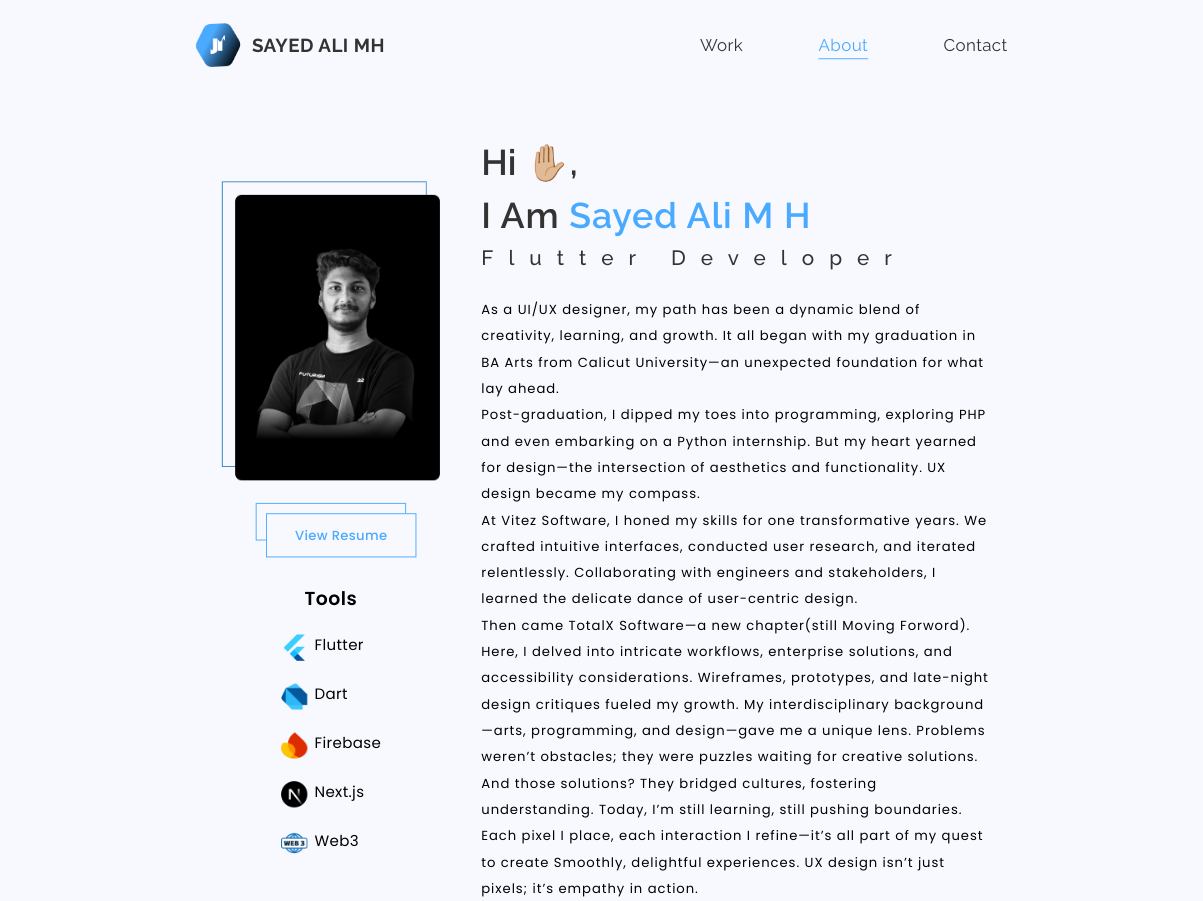
Repository: sayedali-2129/sayedali-portfolio
Page: /about
The author's editor kept a copy of each file at every save. The page is drawn from the files as they stood at one save, then again after the next save.
The browser window is 1280 px wide. The pictures show the whole page, at 94% of full size.
The project was rebuilt for these pictures with package versions that can differ from the ones it lists, and the page was loaded fresh each time. The framework's server and built-in components were replaced by stand-ins that run in the browser. Also part of the build but not shown: next.config.ts.

Above is the page before, as saved 2025-05-25 17:09:05.

### src/app/about/page.tsx
import About from "@/features/about/presentation/About";

function AboutPage() {
  return <About />;
}
export default AboutPage;

### src/features/about/presentation/About.tsx
import NavBar from "@/features/home/components/NavBar";
import AboutBody from "../components/AboutBody";

function About() {
  return (
    <div>
      <NavBar />
      <AboutBody />
    </div>
  );
}

export default About;

### src/features/home/components/NavBar.tsx
"use client";

import CloseIcon from "@/assets/icons/close-icon.png";
import Logo from "@/assets/icons/logo.png";
import MenuIcon from "@/assets/icons/menu.png";
import Image from "next/image";
import Link from "next/link";
import { usePathname } from "next/navigation";
import { useEffect, useState } from "react";

export default function NavBar() {
  const [showMenu, setShowMenu] = useState(false);
  const [mounted, setMounted] = useState(false);
  const pathname = usePathname();

  useEffect(() => {
    setMounted(true);
  }, []);

  const openMenu = () => {
    setShowMenu(!showMenu);
  };

  const navBarItemClass =
    "text-TextColor sm:font-RalewayRegular sm:text-lg text-[16px] font-RalewaySemiBold tracking-wide hover:cursor-pointer hover:text-TextBlue";

  return (
    <div className="z-50 md:h-24 h-20 w-full bg-BackGroundColor fixed xl:px-52 md:px-32 sm:px-16 px-4 flex flex-row items-center justify-between">
      <ul className="flex gap-2 items-center">
        <li>
          <Link href="/">
            <Image
              src={Logo}
              alt="SAYED ALI MH LOGO"
              className="md:h-12 md:w-12 h-10 w-10"
            />
          </Link>
        </li>
        <li>
          <Link
            href="/"
            className="ml-1 text-TextColor md:text-xl text-[16px] font-RalewayBold tracking-wide"
          >
            SAYED ALI MH
          </Link>
        </li>
      </ul>

      <ul className="hidden sm:flex flex-row xl:gap-20 md:gap-14 sm:gap-9">
        <li>
          <Link
            href="/"
            className={`${
              pathname === "/"
                ? "text-TextBlue underline underline-offset-8"
                : "text-TextColor"
            } sm:font-RalewayRegular sm:text-lg text-[16px] font-RalewaySemiBold tracking-wide hover:cursor-pointer hover:text-TextBlue`}
          >
            Work
          </Link>
        </li>

        <li>
          <Link
            href="/about"
            className={`${
              pathname === "/about"
                ? "text-TextBlue underline underline-offset-8"
                : "text-TextColor"
            } sm:font-RalewayRegular sm:text-lg text-[16px] font-RalewaySemiBold tracking-wide hover:cursor-pointer hover:text-TextBlue`}
          >
            About
          </Link>
        </li>

        <li>
          <a
            href="mailto:sayedalimh@gmail.com"
            target="_blank"
            rel="noopener noreferrer"
            className={navBarItemClass}
          >
            Contact
          </a>
        </li>
      </ul>
      <Image
        src={MenuIcon}
        alt="Menu Icon"
        onClick={openMenu}
        className="flex sm:hidden h-8 w-8 hover:cursor-pointer"
      />
      {mounted && (
        <>
          <div
            className={`fixed inset-0 bg-black/50 transition-opacity duration-300 sm:hidden ${
              showMenu ? "opacity-100" : "opacity-0 pointer-events-none"
            }`}
            onClick={openMenu}
          />
          <div
            className={`z-50 flex sm:hidden flex-col gap-2 rounded-xl absolute top-24 left-1/2 transform -translate-x-1/2 bg-BackGroundColor p-3 w-60 items-center transition-all duration-300 ${
              showMenu
                ? "opacity-100 translate-y-0"
                : "opacity-0 -translate-y-4 pointer-events-none"
            }`}
          >
            <div className="flex flex-row justify-end w-full">
              <Image
                src={CloseIcon}
                alt="Menu Close Icon"
                onClick={openMenu}
                className="h-6 w-6 hover:cursor-pointer"
              />
            </div>
            <Link href="/" className={navBarItemClass}>
              Work
            </Link>
            <Link href="/about" className={navBarItemClass}>
              About
            </Link>
            <a
              href="mailto:sayedalimh@gmail.com"
              target="_blank"
              rel="noopener noreferrer"
              className={navBarItemClass}
            >
              Contact
            </a>
          </div>
        </>
      )}
    </div>
  );
}

### src/features/about/components/AboutBody.tsx
import DartIcon from "@/assets/icons/dart-icon.png";
import FirebaseIcon from "@/assets/icons/firebase-icon.png";
import FlutterIcon from "@/assets/icons/flutter-icon.png";
import NextIcon from "@/assets/icons/nextjs-icon.png";
import Web3Icon from "@/assets/icons/web-3-icon.png";
import SayedAli from "@/assets/images/sayed ali.png";
import Image from "next/image";

export default function AboutBody() {
  return (
    <div className="pt-36 xl:px-52 md:px-20 sm:px-12 px-2 flex flex-wrap items-center justify-center md:gap-0 gap-12">
      <div className="md:w-1/3  flex flex-col items-center">
        <Image
          src={SayedAli}
          className="md:w-[232px] w-[200px] md:h-[318px] h-[270px] "
          alt="Sayed Ali Flutter Developer image"
        />
        <div className="mt-6 w-40 h-10  px-[10px] py-[10px] border border-TextBlue relative">
          <a
            href="https://drive.google.com/file/d/1XpBqr2Nca2le6zMz7zG3WaW7BrghwNyU/view"
            download="Jaseel Rahman CV.pdf"
            className="absolute w-40 border border-TextBlue bg-BackGroundColor flex items-center cursor-pointer justify-center px-5 py-3 text-[14px] text-TextBlue tracking-wide hover:underline underline-offset-4 font-PoppinsMedium"
          >
            View Resume
          </a>
        </div>

        <h3 className="mt-12 font-PoppinsSemiBold tracking-wide text-xl">
          Tools
        </h3>

        <div>
          <ul className="mt-6 flex gap-2">
            <li>
              <Image
                src={FlutterIcon}
                alt="Flutter"
                className="md:w-7 w-6 md:h-7 h-6"
              />
            </li>
            <li>
              <h4 className=" font-PoppinsRegular tracking-wide text-base">
                Flutter
              </h4>
            </li>
          </ul>
          <ul className="mt-6 flex gap-2">
            <li>
              <Image
                src={DartIcon}
                alt="Dart"
                className="md:w-7 w-6 md:h-7 h-6"
              />
            </li>
            <li>
              <h4 className=" font-PoppinsRegular tracking-wide text-base">
                Dart
              </h4>
            </li>
          </ul>
          <ul className="mt-6 flex gap-2">
            <li>
              <Image
                src={FirebaseIcon}
                alt="Firebase"
                className="md:w-7 w-6 md:h-7 h-6"
              />
            </li>
            <li>
              <h4 className=" font-PoppinsRegular tracking-wide text-base">
                Firebase
              </h4>
            </li>
          </ul>
          <ul className="mt-6 flex gap-2">
            <li>
              <Image
                src={NextIcon}
                alt="Next.js"
                className="md:w-7 w-6 md:h-7 h-6"
              />
            </li>
            <li>
              <h4 className=" font-PoppinsRegular tracking-wide text-base">
                Next.js
              </h4>
            </li>
          </ul>
          <ul className="mt-6 flex gap-2">
            <li>
              <Image
                src={Web3Icon}
                alt="Web3"
                className="md:w-7 w-6 md:h-7 h-6"
              />
            </li>
            <li>
              <h4 className=" font-PoppinsRegular tracking-wide text-base">
                Web3
              </h4>
            </li>
          </ul>
        </div>
      </div>
      {/* right section */}
      <div className="sm:w-4/6 px-4 ">
        <h2 className="sm:text-[38px] text-[30px] font-RalewaySemiBold text-TextColor">
          Hi ✋🏼,
        </h2>
        <h2 className="sm:text-[38px] text-[30px] font-RalewaySemiBold text-TextColor tracking-wide">
          I Am <span className="text-TextBlue">Sayed Ali M H</span>
        </h2>
        <h3 className="text-TextColor font-RalewayMedium sm:text-[22px] text-[18px] sm:tracking-[16px] tracking-[12px]">
          Flutter Developer
        </h3>
        <p className="mt-6 font-PoppinsRegular  text-[14px] leading-7 sm:tracking-[1px] tracking-[1px]">
          As a UI/UX designer, my path has been a dynamic blend of creativity,
          learning, and growth. It all began with my graduation in BA Arts from
          Calicut University—an unexpected foundation for what lay ahead.
          <br />
          Post-graduation, I dipped my toes into programming, exploring PHP and
          even embarking on a Python internship. But my heart yearned for
          design—the intersection of aesthetics and functionality. UX design
          became my compass. <br /> At Vitez Software, I honed my skills for one
          transformative years. We crafted intuitive interfaces, conducted user
          research, and iterated relentlessly. Collaborating with engineers and
          stakeholders, I learned the delicate dance of user-centric design.
          <br />
          Then came TotalX Software—a new chapter(still Moving Forword). Here, I
          delved into intricate workflows, enterprise solutions, and
          accessibility considerations. Wireframes, prototypes, and late-night
          design critiques fueled my growth. My interdisciplinary
          background—arts, programming, and design—gave me a unique lens.
          Problems weren’t obstacles; they were puzzles waiting for creative
          solutions. And those solutions? They bridged cultures, fostering
          understanding. Today, I’m still learning, still pushing boundaries.
          Each pixel I place, each interaction I refine—it’s all part of my
          quest to create Smoothly, delightful experiences. UX design isn’t just
          pixels; it’s empathy in action.
        </p>
      </div>
    </div>
  );
}

Loaded but not shown: src/app/layout.tsx (common file); src/app/globals.css (common file)

After the next save:
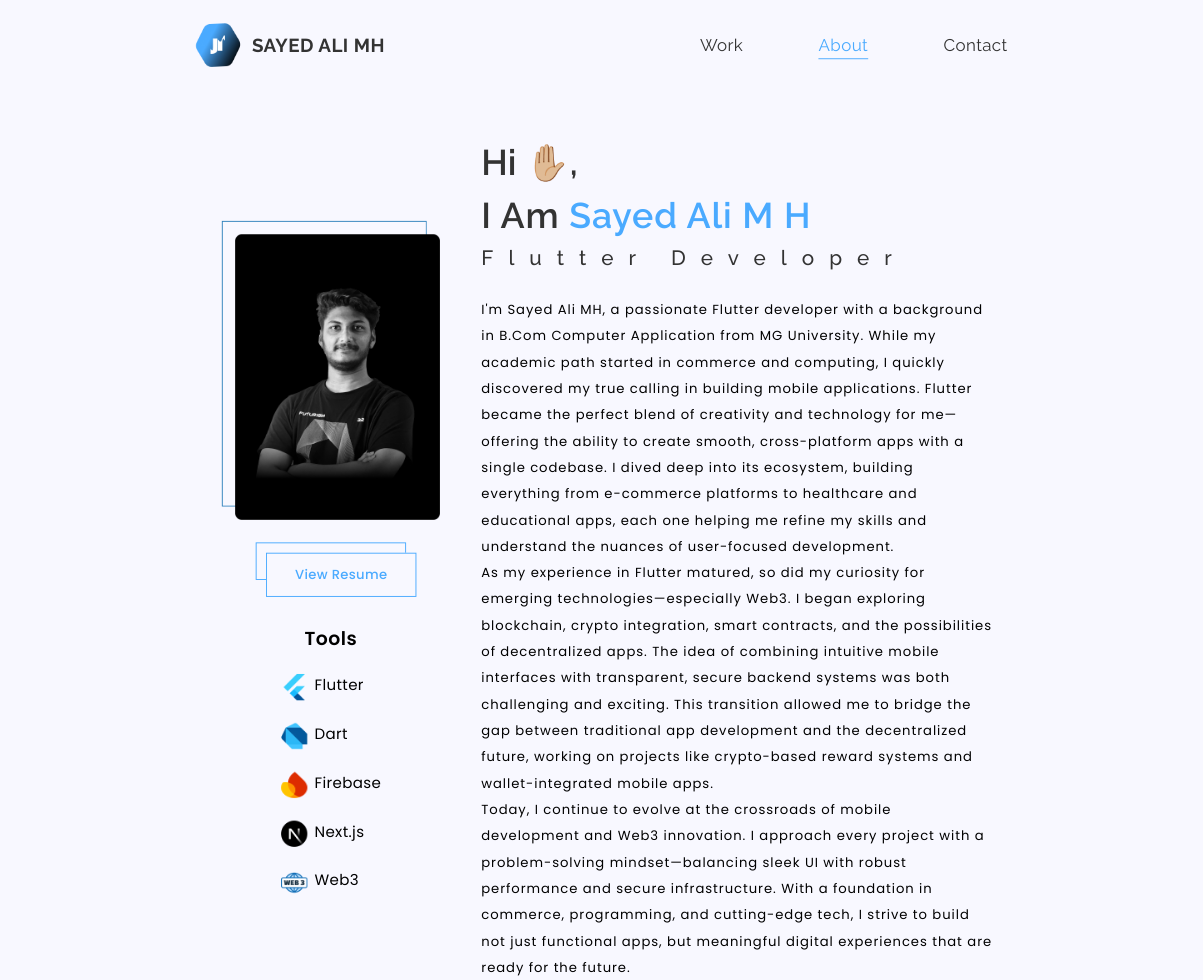
Saved 6 min 57 s later.
--- a/src/features/about/components/AboutBody.tsx
+++ b/src/features/about/components/AboutBody.tsx
@@ -114,29 +114,31 @@
           Flutter Developer
         </h3>
         <p className="mt-6 font-PoppinsRegular  text-[14px] leading-7 sm:tracking-[1px] tracking-[1px]">
-          As a UI/UX designer, my path has been a dynamic blend of creativity,
-          learning, and growth. It all began with my graduation in BA Arts from
-          Calicut University—an unexpected foundation for what lay ahead.
+          I'm Sayed Ali MH, a passionate Flutter developer with a background in
+          B.Com Computer Application from MG University. While my academic path
+          started in commerce and computing, I quickly discovered my true
+          calling in building mobile applications. Flutter became the perfect
+          blend of creativity and technology for me—offering the ability to
+          create smooth, cross-platform apps with a single codebase. I dived
+          deep into its ecosystem, building everything from e-commerce platforms
+          to healthcare and educational apps, each one helping me refine my
+          skills and understand the nuances of user-focused development.
           <br />
-          Post-graduation, I dipped my toes into programming, exploring PHP and
-          even embarking on a Python internship. But my heart yearned for
-          design—the intersection of aesthetics and functionality. UX design
-          became my compass. <br /> At Vitez Software, I honed my skills for one
-          transformative years. We crafted intuitive interfaces, conducted user
-          research, and iterated relentlessly. Collaborating with engineers and
-          stakeholders, I learned the delicate dance of user-centric design.
+          As my experience in Flutter matured, so did my curiosity for emerging
+          technologies—especially Web3. I began exploring blockchain, crypto
+          integration, smart contracts, and the possibilities of decentralized
+          apps. The idea of combining intuitive mobile interfaces with
+          transparent, secure backend systems was both challenging and exciting.
+          This transition allowed me to bridge the gap between traditional app
+          development and the decentralized future, working on projects like
+          crypto-based reward systems and wallet-integrated mobile apps.
           <br />
-          Then came TotalX Software—a new chapter(still Moving Forword). Here, I
-          delved into intricate workflows, enterprise solutions, and
-          accessibility considerations. Wireframes, prototypes, and late-night
-          design critiques fueled my growth. My interdisciplinary
-          background—arts, programming, and design—gave me a unique lens.
-          Problems weren’t obstacles; they were puzzles waiting for creative
-          solutions. And those solutions? They bridged cultures, fostering
-          understanding. Today, I’m still learning, still pushing boundaries.
-          Each pixel I place, each interaction I refine—it’s all part of my
-          quest to create Smoothly, delightful experiences. UX design isn’t just
-          pixels; it’s empathy in action.
+          Today, I continue to evolve at the crossroads of mobile development
+          and Web3 innovation. I approach every project with a problem-solving
+          mindset—balancing sleek UI with robust performance and secure
+          infrastructure. With a foundation in commerce, programming, and
+          cutting-edge tech, I strive to build not just functional apps, but
+          meaningful digital experiences that are ready for the future.
         </p>
       </div>
     </div>
